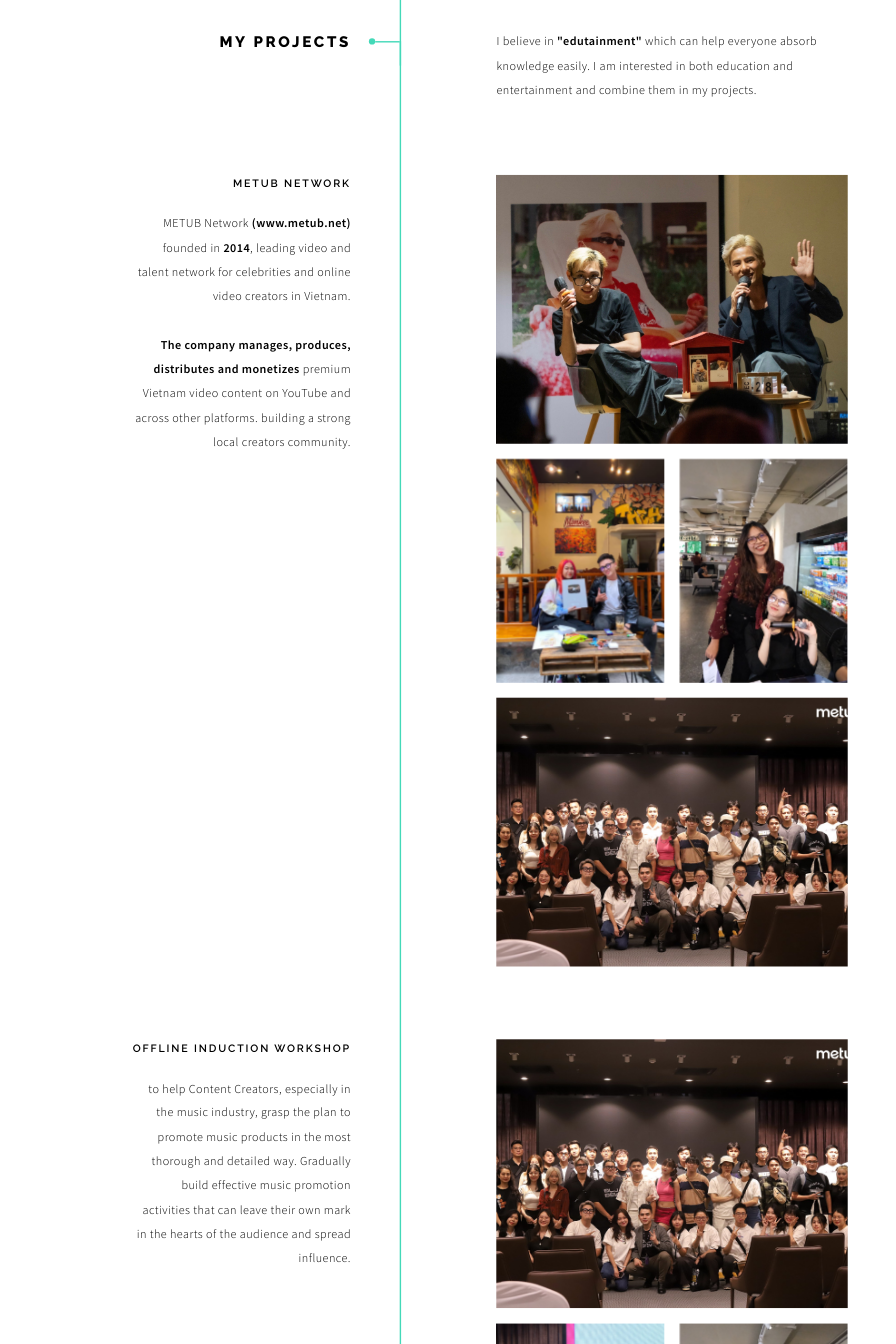
Repository: leonardin999/linh-porfolios
Page: index.html
An editor plug-in stored every save of this project. The page is shown before and after the next save, followed by the edit.
The browser window is 1280 px wide. The pictures show the part of the page from y = 3494 to 5414 px (the page is 8242 px tall before and 8381 px after), at 70% of full size.

Above is the page before, as saved 2023-01-24 21:05:53.

After the next save:
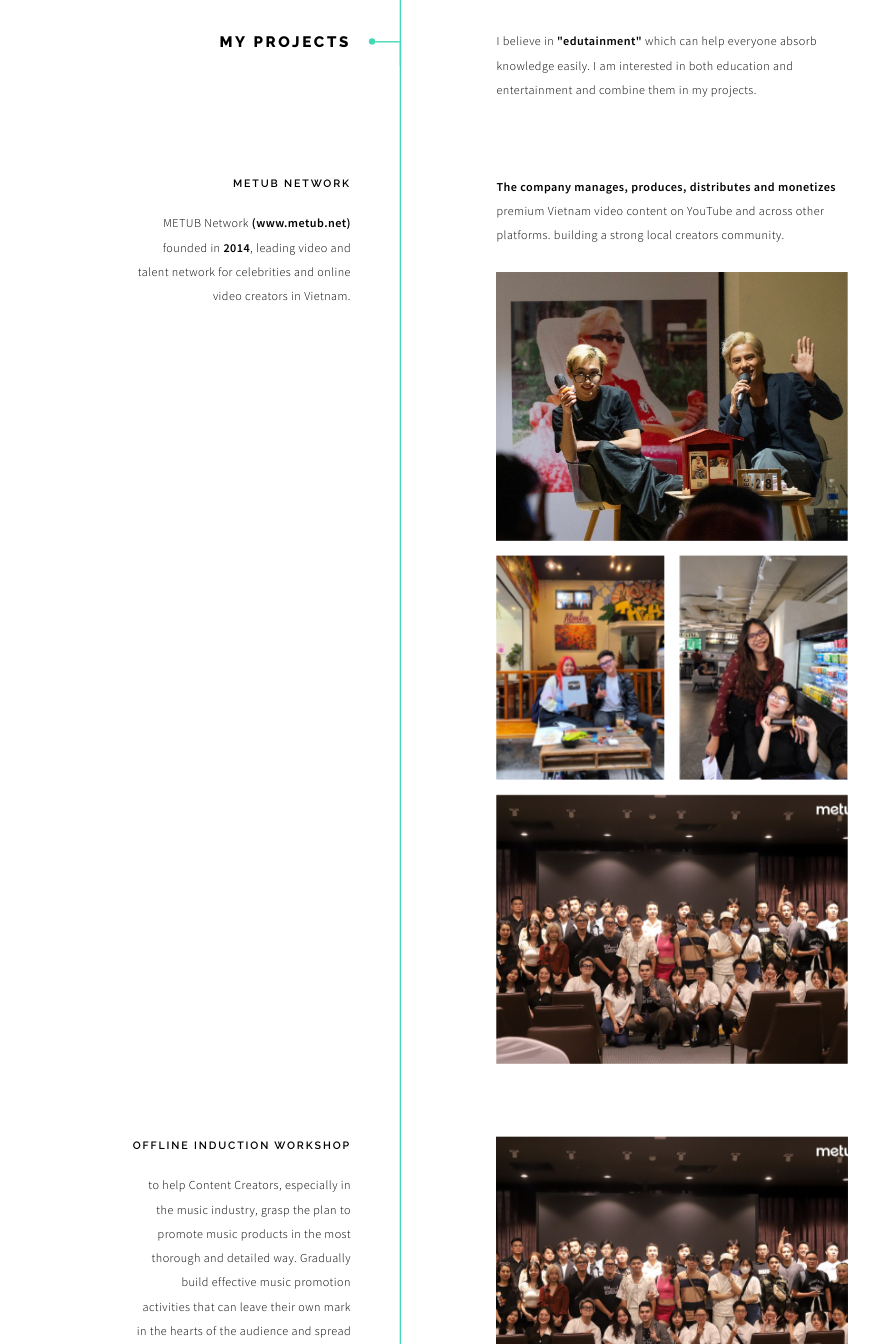
Saved 64 s later.
--- a/index.html
+++ b/index.html
@@ -131,9 +131,10 @@
             <header>
               <h3>metub  network</h3>
               <p>METUB Network <strong>(www.metub.net)</strong> founded in <strong>2014</strong>, leading video and talent network for celebrities and online video creators in Vietnam.</p>
-              <p><strong>The company manages, produces, distributes and monetizes</strong> premium Vietnam video content on YouTube and across other platforms. building a strong local creators community.</p>
+
             </header>
             <div class="content">
+              <p><strong>The company manages, produces, distributes and monetizes</strong> premium Vietnam video content on YouTube and across other platforms. building a strong local creators community.</p>
               <div class="gallery">
                 <a href="images/gallery/fulls/01.jpg" class="landscape"
                   ><img src="images/gallery/thumbs/01.jpg" alt=""
